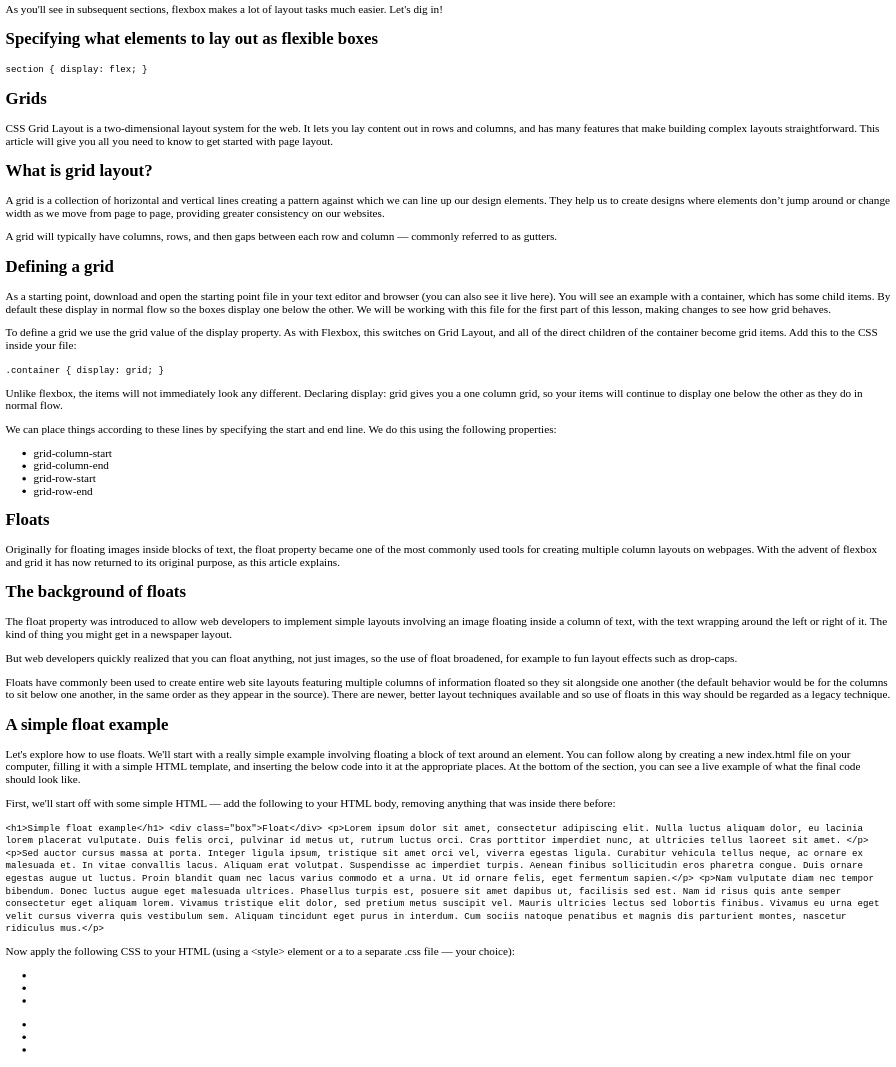
Repository: Colo-Codes/freecodecamp-04-Technical-Documentation-Page
Page: index.html
An editor plug-in stored every save of this project. The page is shown before and after the next save, followed by the edit.
The browser window is 1280 px wide. The pictures show the part of the page from y = 1219 to 3139 px (the page is 2743 px tall before and 3139 px after), at 70% of full size.

Above is the page before, as saved 2021-05-21 10:26:56.

After the next save:
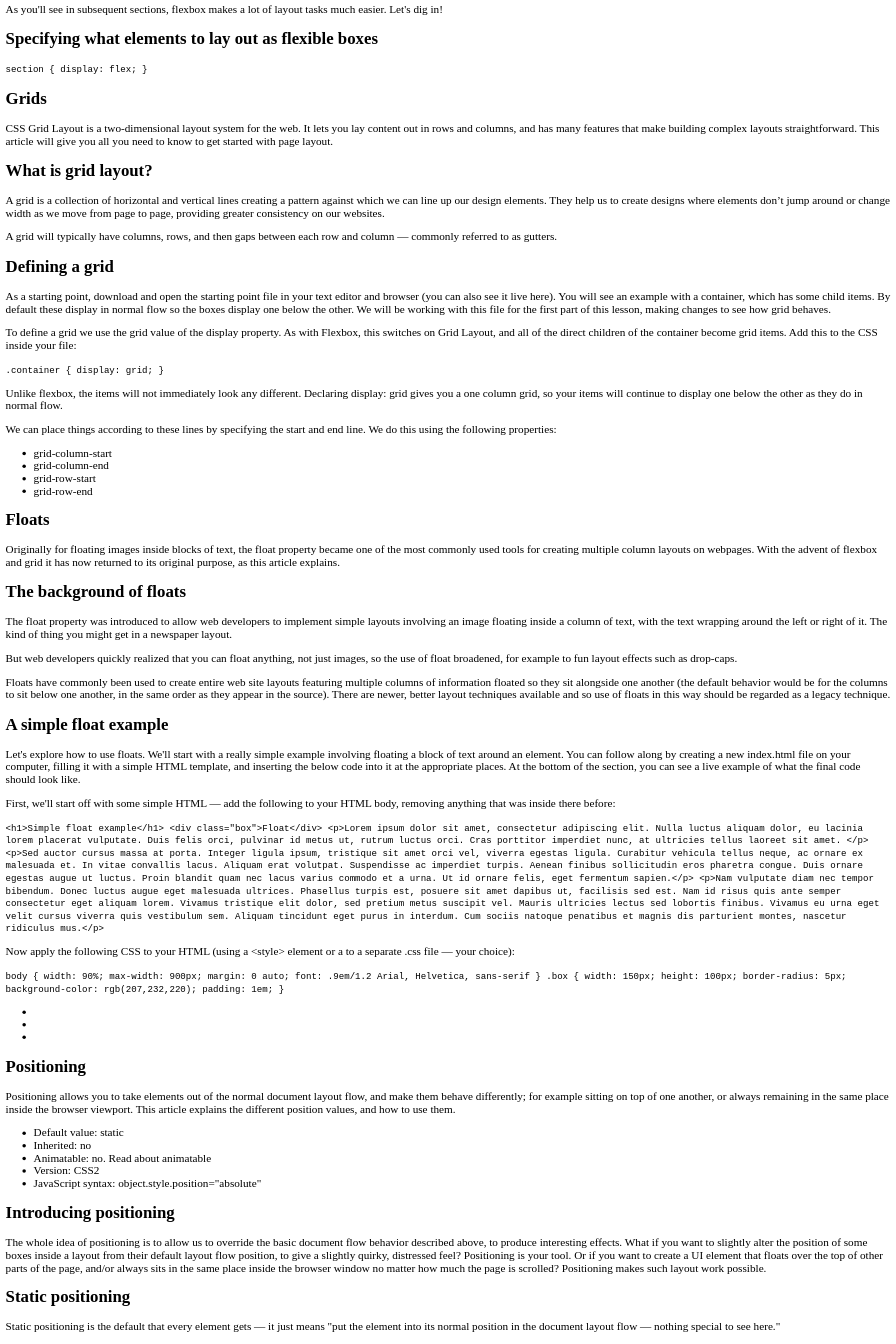
Saved 4 min 0 s later.
--- a/index.html
+++ b/index.html
@@ -161,6 +161,20 @@
             </code>
             <p>Now apply the following CSS to your HTML (using a &lt;style&gt; element or a <link> to a separate .css file — your choice):</p>
             <code>
+                body {
+                    width: 90%;
+                    max-width: 900px;
+                    margin: 0 auto;
+                    font: .9em/1.2 Arial, Helvetica, sans-serif
+                  }
+
+                  .box {
+                    width: 150px;
+                    height: 100px;
+                    border-radius: 5px;
+                    background-color: rgb(207,232,220);
+                    padding: 1em;
+                  }
                 </code>
             <ul>
                 <li></li>
@@ -172,17 +186,20 @@
 
         <section class="main-section" id="topic_related TODO">
             <header>
-                <!-- topic description -->
-            </header>
-            <p></p>
-            <p></p>
-            <code></code>
-            <ul>
-                <li></li>
-                <li></li>
-                <li></li>
-            </ul>
-
+                <h1>Positioning</h1>
+            </header>
+            <p>Positioning allows you to take elements out of the normal document layout flow, and make them behave differently; for example sitting on top of one another, or always remaining in the same place inside the browser viewport. This article explains the different position values, and how to use them.</p>
+            <ul>
+                <li>Default value:	static</li>
+                <li>Inherited:	no</li>
+                <li>Animatable:	no. Read about animatable</li>
+                <li>Version:	CSS2</li>
+                <li>JavaScript syntax:	object.style.position="absolute"</li>
+            </ul>
+            <h2>Introducing positioning</h2>
+            <p>The whole idea of positioning is to allow us to override the basic document flow behavior described above, to produce interesting effects. What if you want to slightly alter the position of some boxes inside a layout from their default layout flow position, to give a slightly quirky, distressed feel? Positioning is your tool. Or if you want to create a UI element that floats over the top of other parts of the page, and/or always sits in the same place inside the browser window no matter how much the page is scrolled? Positioning makes such layout work possible.</p>
+            <h2>Static positioning</h2>
+            <p>Static positioning is the default that every element gets — it just means "put the element into its normal position in the document layout flow — nothing special to see here."</p>
         </section>
     </main>
 
